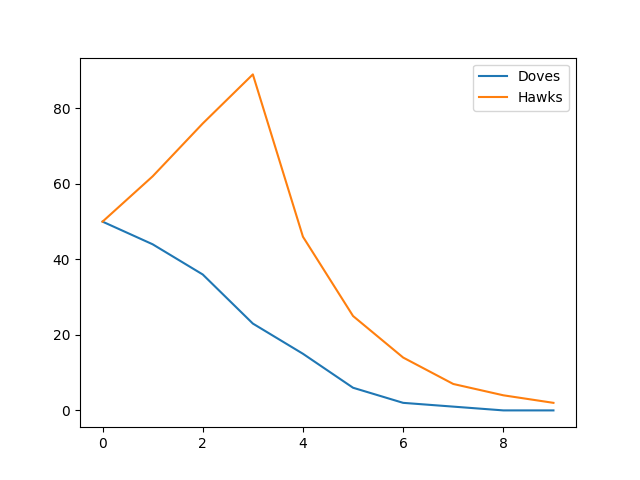
Repository: PatLaCisay/python-hawkdove-master
Script's output: python hawkdove.py
An editor plug-in stored every save of this project. The script's output is shown before and after the next save, followed by the edit.
Random numbers start from a fixed seed.

Above is the script's output before, as saved 2023-03-07 15:22:10.

### hawkdove.py
#!/usr/bin/python
from random import choice, randint
from time import perf_counter
from pylab import plot, show, legend

STARTING_DOVES = 50
STARTING_HAWKS = 50
STARTING_POPULATION = STARTING_HAWKS + STARTING_DOVES

ROUNDS = 50
STARTING_ENERGY = 100

#Modify these variables to get different results
#######
MIN_FOOD_PER_ROUND = 40
MAX_FOOD_PER_ROUND = 70

ENERGY_REQUIRED_FOR_REPRODUCTION = 40
ENERGY_LOSS_FROM_FIGHTING = 500
ENERGY = 5
#######

"""
ECO equilibrium (two species cohexist and reproduce)

MIN_FOOD_PER_ROUND = 40
MAX_FOOD_PER_ROUND = 70

ENERGY_REQUIRED_FOR_REPRODUCTION = 40
ENERGY_LOSS_FROM_FIGHTING = 50
ENERGY = 0

Doves supremacy (Hawks dies)

MIN_FOOD_PER_ROUND = 40
MAX_FOOD_PER_ROUND = 70

ENERGY_REQUIRED_FOR_REPRODUCTION = 40
ENERGY_LOSS_FROM_FIGHTING = 500
ENERGY = 5

Hawks supremacy
lign 231 -> increase the matting ratio

Starving (All dying (not enough food))

MIN_FOOD_PER_ROUND = 30
MAX_FOOD_PER_ROUND = 70

ENERGY_REQUIRED_FOR_REPRODUCTION = 60
ENERGY_LOSS_FROM_FIGHTING = 50
ENERGY = 5

"""

ENERGY_REQUIRED_FOR_LIVING = 10

STATUS_ACTIVE = "active"
STATUS_ASLEEP = "asleep"

TYPE_HAWK = "hawk"
TYPE_DOVE = "dove"

agents = []

# Graph stuff
graph_hawk_points = []
graph_dove_points = []

# Profiling


class Agent:
	id = 0
	agent_type = None
	status = STATUS_ACTIVE
	energy = STARTING_ENERGY


def main():
	init()
	current_round = 1
	death_count = 0
	dead_hawks  = 0
	dead_doves  = 0
	breed_count = 0
	main_tic = perf_counter()

	while current_round <= ROUNDS and len(agents) > 2 :
		if(getAgentCountByType(TYPE_DOVE)+getAgentCountByType(TYPE_HAWK)>=20000):
				break

		tic = perf_counter()
		awakenAgents()

		food = getFood()
		if (current_round==1) :
			round_dead_hawks=0
			round_dead_doves=0
			round_hawk_babies=0
			round_dove_babies=0
		else:
			# This could be optimized further by creating a list every time
			# that only has active agents, so it isn't iterating over entire list every time
			while True:
				agent, nemesis = getRandomAgents()
				if agent is None or nemesis is None:
					break
				compete(agent, nemesis, food)


			round_dead_hawks, round_dead_doves = cull()
			death_count += (round_dead_hawks + round_dead_doves)

		toc = perf_counter()

		print("ROUND %d" % current_round)
		print("Food produced          : %d" % food)
		print("Population             : Hawks-> %d, Doves-> %d" % (getAgentCountByType(TYPE_HAWK), getAgentCountByType(TYPE_DOVE)))
		print("Dead hawks             : %d" % round_dead_hawks)
		print("Dead doves             : %d" % round_dead_doves)
		print("Hawk babies            : %s" % round_hawk_babies)
		print("Dove babies            : %s" % round_dove_babies)
		print("Hawks                  : %s" % getPercByType(TYPE_HAWK))
		print("Doves                  : %s" % getPercByType(TYPE_DOVE))
		print("----")
		print("Round Processing time  : %s" % getTimeFormatted(toc - tic))
		print("Elapsed time           : %s\n" % getTimeFormatted(perf_counter() - main_tic))

		# Plot
		graph_hawk_points.append(getAgentCountByType(TYPE_HAWK))
		graph_dove_points.append(getAgentCountByType(TYPE_DOVE))

		current_round += 1


	main_toc = perf_counter()

	print("=============================================================")
	print("Total dead agents      : %d" % death_count)
	print("Total breeding agents  : %d" % breed_count)
	print("Total rounds completed : %d" % (current_round - 1))
	print("Total population size  : %s" % len(agents))
	print("Hawks                  : %s" % getPercByType(TYPE_HAWK))
	print("Doves                  : %s" % getPercByType(TYPE_DOVE))
	print("Processing time        : %s" % getTimeFormatted(main_toc - main_tic))
	print("=============================================================")


def init():

	for x in range(0,STARTING_DOVES):
		a = Agent()
		a.agent_type = TYPE_DOVE
		agents.append(a)

	for x2 in range(0,STARTING_HAWKS):
		a2 = Agent()
		a2.agent_type = TYPE_HAWK
		agents.append(a2)


def getAvgFromList(list):
	return float( sum(list) / len(list) )


def getTimeFormatted(seconds):
	m, s = divmod(seconds, 60)
	return "%02d:%02d" % (m, s)


def getFood():
	return randint(MIN_FOOD_PER_ROUND, MAX_FOOD_PER_ROUND)


def getPercByType(agent_type):
	perc = float(getAgentCountByType(agent_type)) / float(len(agents))
	return '{percent:.2%}'.format(percent=perc)


def getAliveAgentsCount():
	return getAgentCountByStatus(STATUS_ACTIVE) + getAgentCountByStatus(STATUS_ASLEEP)


def getRandomAgents():
	nemesis = None
	active_agents = list(generateAgentsByStatus(STATUS_ACTIVE))
	if len(active_agents) < 2:
		return None, None
	max_index = len(active_agents) - 1
	agent = active_agents[ randint(0, max_index) ]
	while nemesis is None:
		n = active_agents[ randint(0, max_index) ]
		if n is not agent:
			nemesis = n

	return agent, nemesis


def awakenAgents():
	for agent in agents:
		agent.status = STATUS_ACTIVE


def generateAgentsByType(agent_type):
	for agent in agents:
		if agent.agent_type == agent_type:
			yield agent


def generateAgentsByStatus(status):
	for agent in agents:
		if agent.status == status:
			yield agent


def getEnergyFromFood(food):
	return food # 1 to 1


def getAgentCountByStatus(status):
	count = len( list(generateAgentsByStatus(status)) )
	return count


def getAgentCountByType(agent_type):
	return len( list(generateAgentsByType(agent_type)) )


def compete(agent, nemesis, food):
	winner = choice([agent, nemesis])
	loser = agent if (winner is nemesis) else nemesis
	if agent.agent_type == TYPE_HAWK and nemesis.agent_type == TYPE_HAWK:
		if (getAgentCountByType(TYPE_HAWK)/(getAgentCountByType(TYPE_HAWK)+getAgentCountByType(TYPE_DOVE))) > 0.7:
			winner.energy += getEnergyFromFood(food) - ENERGY_LOSS_FROM_FIGHTING
			loser.energy  -= ENERGY_LOSS_FROM_FIGHTING
		else :
			winner.energy -= ENERGY
			loser.energy -= ENERGY
			breed(winner)

	if agent.agent_type == TYPE_HAWK and nemesis.agent_type == TYPE_DOVE:
		agent.energy += getEnergyFromFood(food) - ENERGY
		nemesis.energy -= ENERGY_LOSS_FROM_FIGHTING

	if agent.agent_type == TYPE_DOVE and nemesis.agent_type == TYPE_HAWK:
		nemesis.energy += getEnergyFromFood(food) - ENERGY
		agent.energy -= ENERGY_LOSS_FROM_FIGHTING

	if agent.agent_type == TYPE_DOVE and nemesis.agent_type == TYPE_DOVE:
		agent.energy += getEnergyFromFood(food)/2 - ENERGY
		nemesis.energy += getEnergyFromFood(food)/2 - ENERGY
		breed(winner)

	nemesis.status = agent.status = STATUS_ASLEEP


def getNewAgent(agent_type, starting_energy=STARTING_ENERGY, status=STATUS_ASLEEP):
	agent = Agent()
	agent.agent_type = agent_type
	agent.status = status
	agent.energy = starting_energy
	return agent


def breed(agent):
		if agent.energy > ENERGY_REQUIRED_FOR_REPRODUCTION:
			agent.energy /= 2

			if agent.agent_type == TYPE_DOVE:
				baby_agent = getNewAgent(agent.agent_type, (agent.energy/2))
				agents.append(baby_agent)

			if (agent.agent_type == TYPE_HAWK):
				baby_agent = getNewAgent(agent.agent_type, (agent.energy/2))
				agents.append(baby_agent)



"""
def count_breeds():

	hawk_babies = 0
	dove_babies = 0
	for agent in agents:
		if agent.energy > ENERGY_REQUIRED_FOR_REPRODUCTION:
			baby_agent_a = getNewAgent(agent.agent_type, (agent.energy/2))
			baby_agent_b = getNewAgent(agent.agent_type, (agent.energy/2))

			agents.append(baby_agent_b)
			agents.append(baby_agent_a)

			agent.energy /= 2

			if agent.agent_type == TYPE_DOVE: dove_babies += 4
			if (agent.agent_type == TYPE_HAWK):

				if randint(0,100)==1 :
					hawk_babies += 1


	return hawk_babies, dove_babies
"""
def cull():

	dead_hawks = 0
	dead_doves = 0
	for index, agent in enumerate(agents):
		if agent.energy < ENERGY_REQUIRED_FOR_LIVING:
			if agent.agent_type == TYPE_DOVE: dead_doves += 1
			if agent.agent_type == TYPE_HAWK: dead_hawks += 1
			del agents[index]


	return dead_hawks, dead_doves


main()
plot(graph_dove_points, label="Doves")
plot(graph_hawk_points, label="Hawks")
legend()

show()

After the next save:
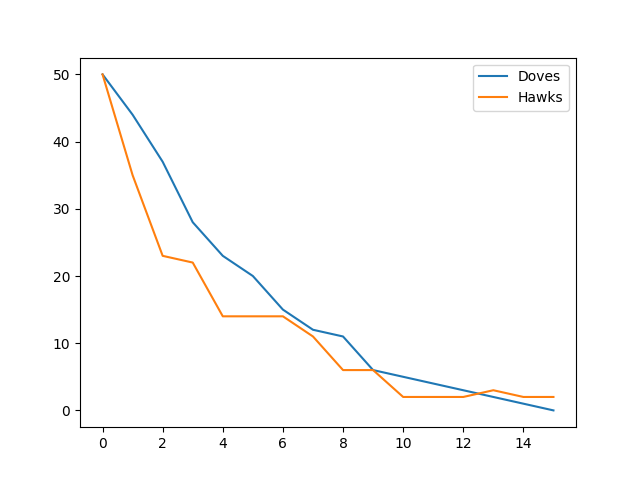
Saved 9 s later.
--- a/hawkdove.py
+++ b/hawkdove.py
@@ -231,7 +231,7 @@ def compete(agent, nemesis, food):
 	winner = choice([agent, nemesis])
 	loser = agent if (winner is nemesis) else nemesis
 	if agent.agent_type == TYPE_HAWK and nemesis.agent_type == TYPE_HAWK:
-		if (getAgentCountByType(TYPE_HAWK)/(getAgentCountByType(TYPE_HAWK)+getAgentCountByType(TYPE_DOVE))) > 0.7:
+		if (getAgentCountByType(TYPE_HAWK)/(getAgentCountByType(TYPE_HAWK)+getAgentCountByType(TYPE_DOVE))) > 0.4:
 			winner.energy += getEnergyFromFood(food) - ENERGY_LOSS_FROM_FIGHTING
 			loser.energy  -= ENERGY_LOSS_FROM_FIGHTING
 		else :
